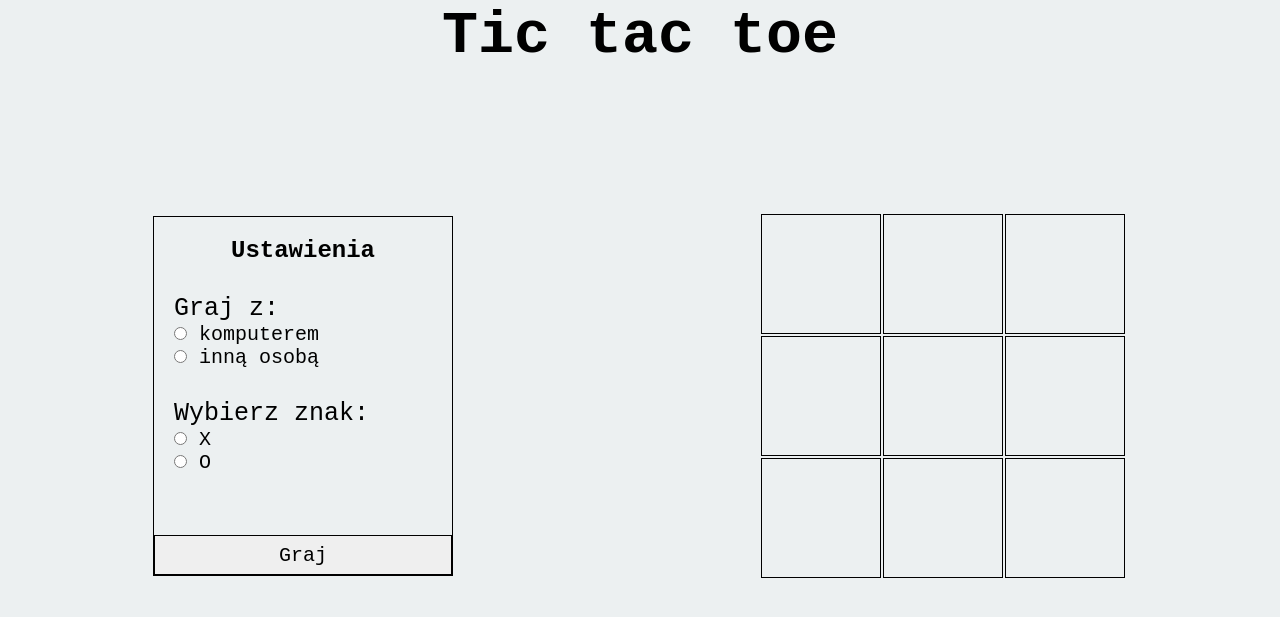
Repository: SebastianArmata22/Tic-Tac-Toe
Page: index.html
These files come from the project's save history. The page is drawn as it stood at one moment and after the next save; the edit follows.
The browser window is 1280 px wide. The pictures show the whole page.
Some web fonts or font styles are not loaded; a fallback is used.

Above is the page before, as saved 2020-11-03 14:50:44.

After the next save:
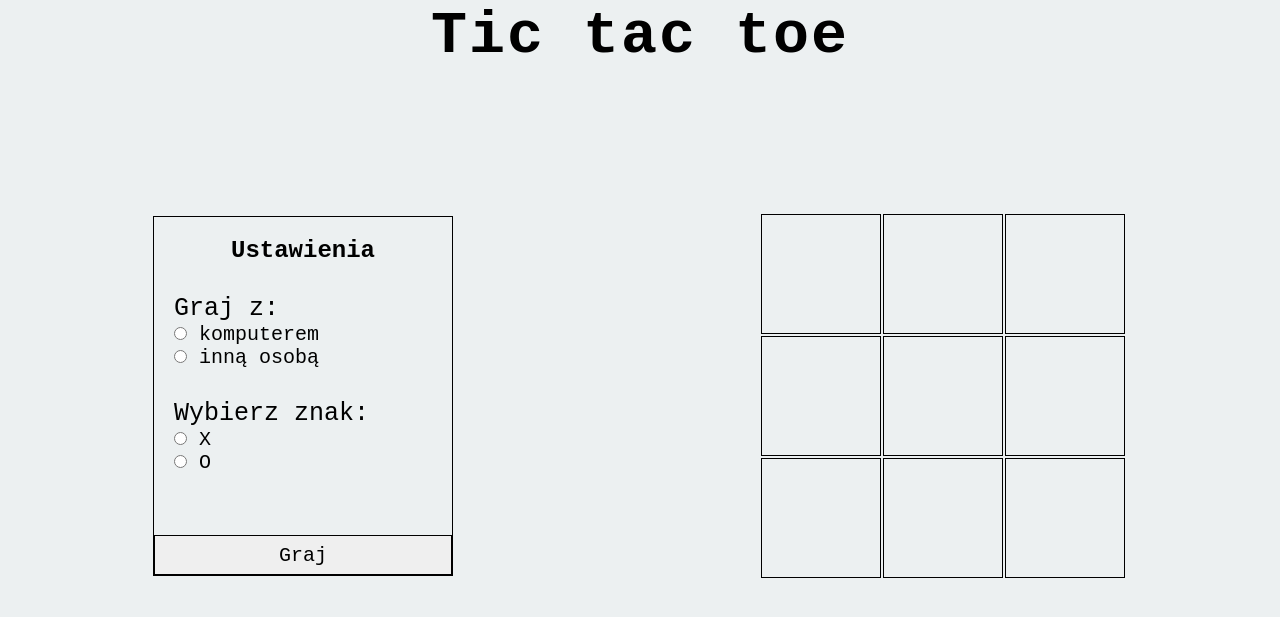
Saved 4 min 9 s later.
--- a/style.css
+++ b/style.css
@@ -12,6 +12,7 @@
     justify-content: center;
     font-size: 30px;
     background-color: #ecf0f1;
+    letter-spacing: 2px;
 }
 .main-content{
     display: flex;
